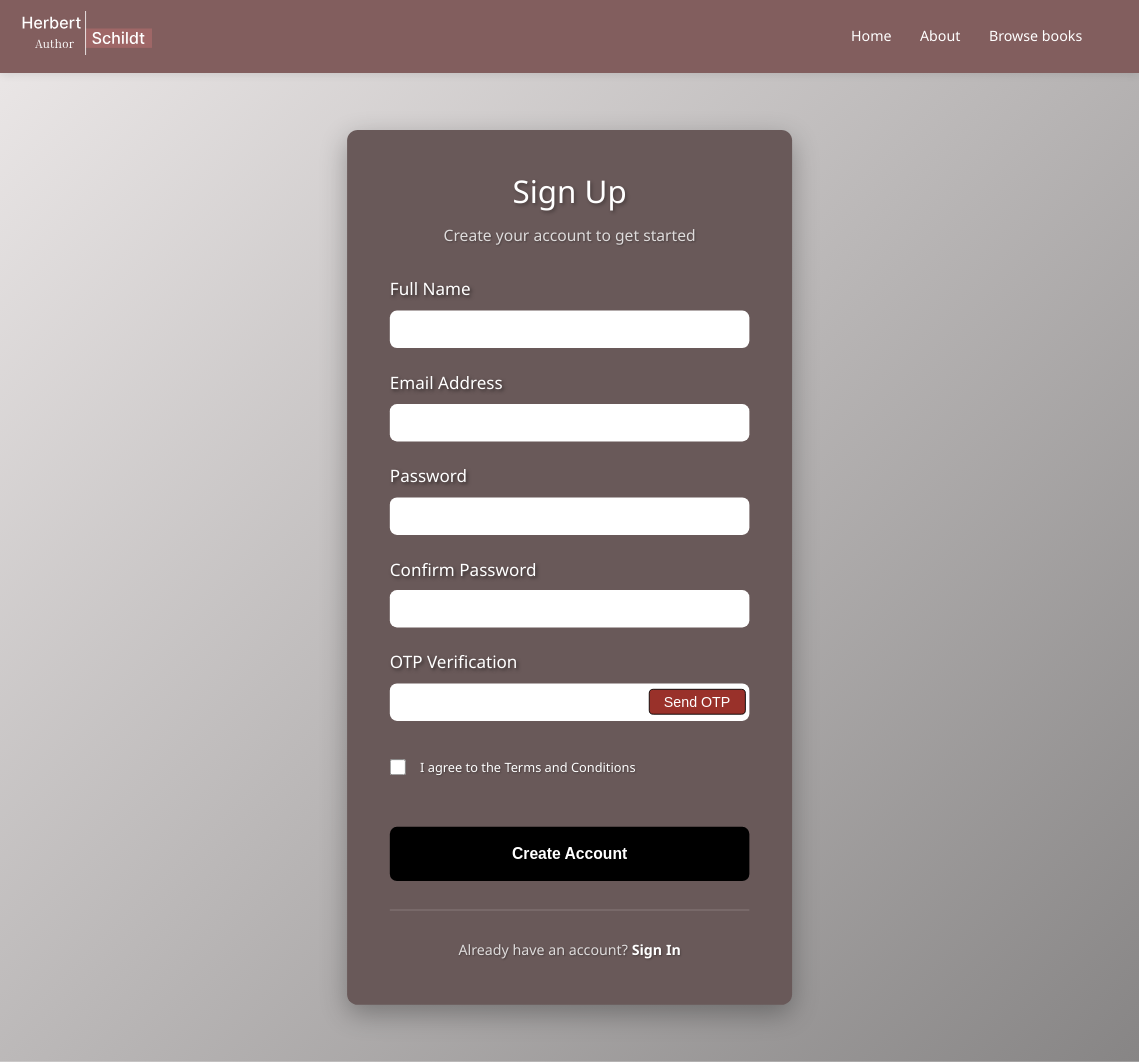
Repository: Darkrepo23/Author-Website-
Page: pages/signup.html
The author's editor kept a copy of each file at every save. The page is drawn from the files as they stood at one save, then again after the next save.
The browser window is 1280 px wide. The pictures show the whole page, at 89% of full size.

Above is the page before, as saved 2025-10-21 14:11:28.
Console error: SyntaxError: Unexpected token ':'

### pages/signup.html
<!DOCTYPE html>
<html lang="en">

<head>
    <meta charset="UTF-8">
    <meta name="viewport" content="width=device-width, initial-scale=1.0">
    <title>Sign Up - Herbert Schildt</title>
    <link rel="stylesheet" href="../css/styles.css">
    <link rel="stylesheet" href="../css/login.css">
    <link href="https://cdnjs.cloudflare.com/ajax/libs/font-awesome/6.0.0/css/all.min.css" rel="stylesheet">
</head>

<body>
    <!-- Header -->
    <header class="header">
        <div class="header-left">
            <div class="logo">
                <img src="../img/logo-white.svg" alt="Herbert Schildt Logo" class="logo-image">
            </div>
        </div>
        <nav class="nav">
            <a href="../index.html" class="nav-link">Home</a>
            <a href="About/about.html" class="nav-link">About</a>
            <a href="../browse-book.html" class="nav-link">Browse books</a>
        </nav>
    </header>

    <!-- Main Content -->
    <main class="main-content">
        <div class="login-container">
            <div class="login-card">
                <h2 class="login-title">Sign Up</h2>
                <p class="login-subtitle">Create your account to get started</p>

                <form class="login-form" id="signupForm">
                    <div class="form-group">
                        <label for="fullName">Full Name</label>
                        <input type="text" id="fullName" name="fullName" required>
                    </div>

                    <div class="form-group">
                        <label for="email">Email Address</label>
                        <input type="email" id="email" name="email" required>
                    </div>

                    <div class="form-group">
                        <label for="password">Password</label>
                        <input type="password" id="password" name="password" required>
                    </div>

                    <div class="form-group">
                        <label for="confirmPassword">Confirm Password</label>
                        <input type="password" id="confirmPassword" name="confirmPassword" required>
                    </div>

                    <div class="form-group">
                        <label for="OTP-confirmation">OTP Verification</label>
                        <input type="number" id="otpInput" name="confirmPassword">
                        <button class="res" id="send-OTP">Send OTP</button>
                    </div>


                    <div class="form-options">
                        <label class="checkbox-label">
                            <input type="checkbox" id="agree" name="agree" required>
                            <span class="checkmark"></span>
                            I agree to the Terms and Conditions
                        </label>
                    </div>

                    <button type="submit" class="login-btn">Create Account</button>
                </form>

                <div class="signup-link">
                    <p>Already have an account? <a href="login.html">Sign In</a></p>
                </div>
            </div>
        </div>
    </main>

    <script src="../js/signup.js"></script>
    <script src="https://cdn.jsdelivr.net/npm/@emailjs/browser@4/dist/email.min.js"></script>
    <script>
        document.addEventListener("DOMContentLoaded", function () {
            emailjs.init("-xbRzNSapSs8iD-WK"); // Initialize EmailJS

            const otpInput = document.getElementById("OTP-confirmation");
            const sendBtn = document.getElementById("send-OTP");
            const OTP_STORAGE_KEY = "OTPsign";
            const OTP_DURATION = 5 * 60; // 5 minutes in seconds
            let timerInterval = null;

            function generateOTP() {
                return Math.floor(10000 + Math.random() * 90000); // 5-digit OTP
            }

            function startTimer(duration) {
                let remaining = duration;
                sendBtn.disabled = true;

                if (timerInterval) clearInterval(timerInterval);
                timerInterval = setInterval(() => {
                    const minutes = Math.floor(remaining / 60);
                    const seconds = remaining % 60;
                    sendBtn.textContent = `${minutes}:${seconds < 10 ? "0" : ""}${seconds}`;
                    remaining--;

                    if (remaining < 0) {
                        clearInterval(timerInterval);
                        sendBtn.textContent = "Resend OTP";
                        sendBtn.disabled = false;
                        localStorage.removeItem(OTP_STORAGE_KEY); // remove OTP after 5 minutes
                    }
                }, 1000);
            }

            async function sendOTP() {
                const email = otpInput.dataset.email?.trim();
                if (!email) {
                    alert("Please enter your email first.");
                    return;
                }

                // ✅ Check if email already exists
                try {
                    const res = await fetch("http://127.0.0.1:5000/get-users");
                    const users = await res.json();
                    const emailExists = users.some(u => (u.Email || "").toLowerCase() === email.toLowerCase());

                    if (emailExists) {
                        showError("This email is already registered. Please use another email.");
                        return;
                    }
                } catch (err) {
                    console.error("Error checking existing emails:", err);
                    showError("Could not verify email. Try again later.");
                    return;
                }

                // Remove old OTP if any
                localStorage.removeItem(OTP_STORAGE_KEY);

                const otp = generateOTP();
                localStorage.setItem(OTP_STORAGE_KEY, JSON.stringify({ email, pin: otp }));
                console.log("📨 OTP stored in localStorage:", otp);

                try {
                    await emailjs.send("service_b816d9f", "template_1yu5htt", {
                        to_email: email,
                        to_name: email,
                        otp_code: otp
                    });
                    console.log("✅ OTP sent via email!");
                } catch (err) {
                    console.error("❌ Failed to send OTP", err);
                    showError("Failed to send OTP. Try again.");
                    return;
                }

                startTimer(OTP_DURATION);
            }

            otpInput.addEventListener("focus", function () {
                if (!localStorage.getItem(OTP_STORAGE_KEY)) sendOTP();
            });

            sendBtn.addEventListener("click", function () {
                sendOTP();
            });

            // Notification helper
            function showError(msg) {
                alert(msg); // or your custom notification function
            }
        });


    </script>
</body>

</html>

### css/login.css
/* Login Page Styles */
.login-container {
    display: flex;
    justify-content: center;
    align-items: center;
    min-height: calc(100vh - 200px);
    padding: 2rem;
}

.login-card {
    background: #695959;
    color: white;
    padding: 2.5rem 3rem 3rem 3rem;
    border-radius: 12px;
    box-shadow: 0 10px 30px rgba(0, 0, 0, 0.3);
    width: 100%;
    max-width: 550px;
}

.login-title {
    font-size: 2.2rem;
    font-weight: 500;
    text-align: center;
    margin-bottom: 0.5rem;
    color: white;
    text-shadow: 2px 2px 4px rgba(0, 0, 0, 0.3);
}

.login-subtitle {
    text-align: center;
    color: rgba(255, 255, 255, 0.8);
    margin-bottom: 2rem;
    font-size: 1.1rem;
    text-shadow: 1px 1px 2px rgba(0, 0, 0, 0.3);
}

.login-form {
    display: flex;
    flex-direction: column;
    gap: 1.5rem;
}

.form-group {
    display: flex;
    flex-direction: column;
    gap: 0.5rem;
}

.form-group label {
    font-weight: 500;
    color: white;
    font-size: 1.2rem;
    text-shadow: 2px 2px 4px rgba(0, 0, 0, 0.5);
}

.form-group input {
    padding: 0.75rem;
    border: none;
    border-radius: 8px;
    font-size: 1rem;
    background: white;
    color: #333;
    transition: box-shadow 0.3s;
}

.form-group input:focus {
    outline: none;
    box-shadow: 0 0 0 3px rgba(139, 69, 19, 0.3);
}

.form-options {
    display: flex;
    justify-content: space-between;
    align-items: center;
    margin: 1rem 0;
    position: relative;
}

.checkbox-label {
    display: flex;
    align-items: center;
    gap: 0.5rem;
    cursor: pointer;
    color: white;
    font-size: 0.9rem;
    text-shadow: 1px 1px 2px rgba(0, 0, 0, 0.3);
}

.checkbox-label input[type="checkbox"] {
    width: 18px;
    height: 18px;
    margin: 0;
}

.forgot-link {
    color: #B3B3E8;
    text-decoration: none;
    font-size: 0.9rem;
    transition: color 0.3s;
    text-shadow: 1px 1px 2px rgba(0, 0, 0, 0.3);
}

.forgot-link:hover {
    color: #B3B3E8;
    text-decoration: underline;
}

.login-btn {
    background: #000000;
    color: white;
    border: 4px solid #000000;
    padding: 1rem 2rem;
    border-radius: 8px;
    font-size: 1.1rem;
    font-weight: 900;
    cursor: pointer;
    transition: all 0.3s;
    margin-top: 1rem;
}

.login-btn:hover {
    background: #333333;
}

.signup-link {
    text-align: center;
    margin-top: 2rem;
    padding-top: 2rem;
    border-top: 1px solid rgba(255, 255, 255, 0.2);
}

.signup-link p {
    color: rgba(255, 255, 255, 0.8);
    margin: 0;
    text-shadow: 1px 1px 2px rgba(0, 0, 0, 0.3);
}

.signup-link a {
    color: white;
    text-decoration: none;
    font-weight: 600;
    transition: color 0.3s;
    text-shadow: 1px 1px 2px rgba(0, 0, 0, 0.3);
}

.signup-link a:hover {
    color: white;
    text-decoration: underline;
}


.form-group {
    position: relative;
}

.res {
    position: absolute;
    top: 55%;
    padding: 0.3rem 1rem;
    font-size: 1rem;
    border: 1px solid black;
    border-radius: 5px;
    color: white;
    left: 72%;
    cursor: pointer;
    background-color: rgb(153, 49, 42);
}

.res:active {
    scale: 0.9;
}





/* ===== RESPONSIVE DESIGN ===== */

/* Large screens (desktops) - Scalable approach */
@media (min-width: 1200px) {
    .login-container {
        padding: 2rem 2vw;
    }

    .login-card {
        width: 40vw;
        max-width: 500px;
    }
}

/* Desktop and larger screens - Scalable approach */
@media (min-width: 1025px) and (max-width: 1199px) {
    .login-container {
        padding: 1.5rem 1.5vw;
    }

    .login-card {
        width: 45vw;
        max-width: 500px;
    }
}

/* Medium screens (tablets) */
@media (max-width: 1024px) {
    .login-container {
        padding: 1.5rem 3vw;
        min-height: calc(100vh - 150px);
    }

    .login-card {
        padding: 2.5rem;
        max-width: 500px;
    }

    .login-title {
        font-size: 2.1rem;
    }

    .login-subtitle {
        font-size: 1.05rem;
    }

    .form-group label {
        font-size: 1.1rem;
    }

    .form-group input {
        padding: 0.7rem;
        font-size: 0.95rem;
    }

    .login-btn {
        padding: 0.9rem 1.8rem;
        font-size: 1.05rem;
    }
}

/* Small screens (mobile phones) */
@media (max-width: 768px) {
    .login-container {
        padding: 1rem 5vw;
        min-height: calc(100vh - 120px);
    }

    .login-card {
        padding: 2rem;
        max-width: 450px;
    }

    .login-title {
        font-size: 2rem;
    }

    .login-subtitle {
        font-size: 1rem;
        margin-bottom: 1.5rem;
    }

    .login-form {
        gap: 1.2rem;
    }

    .form-group label {
        font-size: 1.1rem;
    }

    .form-group input {
        padding: 0.7rem;
        font-size: 0.95rem;
    }

    .form-options {
        flex-direction: column;
        gap: 1rem;
        align-items: flex-start;
        margin: 0.8rem 0;
    }

    .checkbox-label {
        font-size: 0.85rem;
    }

    .forgot-link {
        font-size: 0.85rem;
    }

    .login-btn {
        padding: 0.8rem 1.5rem;
        font-size: 1rem;
        margin-top: 0.8rem;
    }

    .signup-link {
        margin-top: 1.5rem;
        padding-top: 1.5rem;
    }

    .signup-link p {
        font-size: 0.9rem;
    }
}

/* Extra small screens (very small phones) */
@media (max-width: 480px) {
    .login-container {
        padding: 0.8rem 8vw;
        min-height: calc(100vh - 100px);
    }

    .login-card {
        padding: 1.5rem;
        max-width: 100%;
    }

    .login-title {
        font-size: 1.8rem;
    }

    .login-subtitle {
        font-size: 0.95rem;
        margin-bottom: 1.2rem;
    }

    .login-form {
        gap: 1rem;
    }

    .form-group label {
        font-size: 1rem;
    }

    .form-group input {
        padding: 0.6rem;
        font-size: 0.9rem;
    }

    .form-options {
        gap: 0.8rem;
        margin: 0.6rem 0;
    }

    .checkbox-label {
        font-size: 0.8rem;
    }

    .checkbox-label input[type="checkbox"] {
        width: 16px;
        height: 16px;
    }

    .forgot-link {
        font-size: 0.8rem;
    }

    .login-btn {
        padding: 0.7rem 1.2rem;
        font-size: 0.95rem;
        margin-top: 0.6rem;
    }

    .signup-link {
        margin-top: 1.2rem;
        padding-top: 1.2rem;
    }

    .signup-link p {
        font-size: 0.85rem;
    }

    .signup-link a {
        font-size: 0.9rem;
    }
}

/* Landscape orientation for mobile */
@media (max-width: 768px) and (orientation: landscape) {
    .login-container {
        min-height: calc(100vh - 80px);
        padding: 0.5rem;
    }

    .login-card {
        padding: 1.5rem;
        max-width: 500px;
    }

    .login-title {
        font-size: 1.8rem;
        margin-bottom: 0.3rem;
    }

    .login-subtitle {
        font-size: 0.9rem;
        margin-bottom: 1rem;
    }

    .login-form {
        gap: 0.8rem;
    }

    .form-group input {
        padding: 0.5rem;
    }

    .form-options {
        flex-direction: row;
        justify-content: space-between;
        gap: 0.5rem;
        margin: 0.5rem 0;
    }

    .login-btn {
        padding: 0.6rem 1rem;
        font-size: 0.9rem;
        margin-top: 0.5rem;
    }

    .signup-link {
        margin-top: 1rem;
        padding-top: 1rem;
    }
}

Loaded but not shown: js/signup.js (147 lines, source omitted); css/styles.css (742 lines, source omitted)

After the next save:
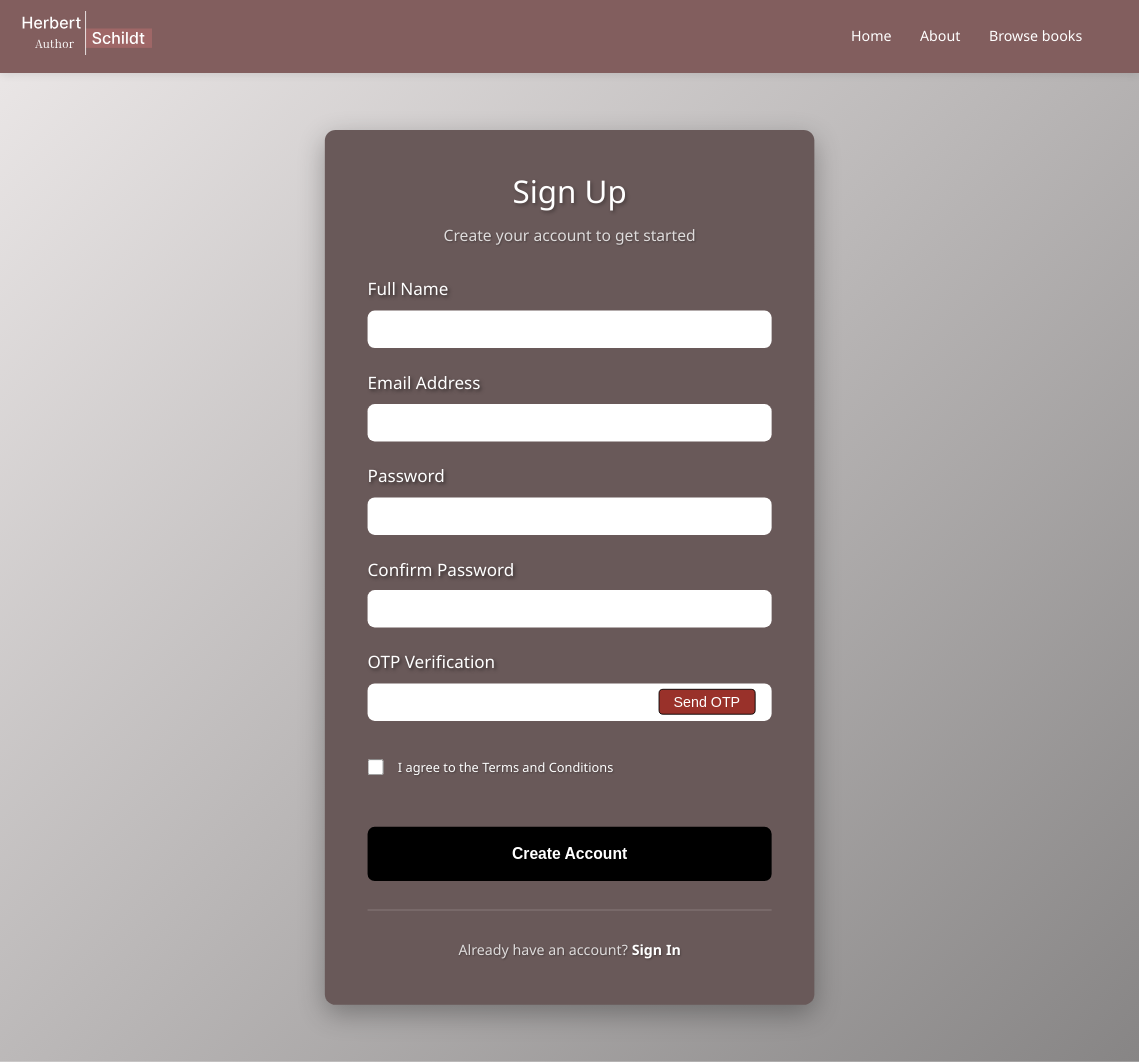
Saved 42 s later.
--- a/css/login.css
+++ b/css/login.css
@@ -182,10 +182,10 @@
         padding: 2rem 2vw;
     }
 
-    .login-card {
+    /* .login-card {
         width: 40vw;
         max-width: 500px;
-    }
+    } */
 }
 
 /* Desktop and larger screens - Scalable approach */
